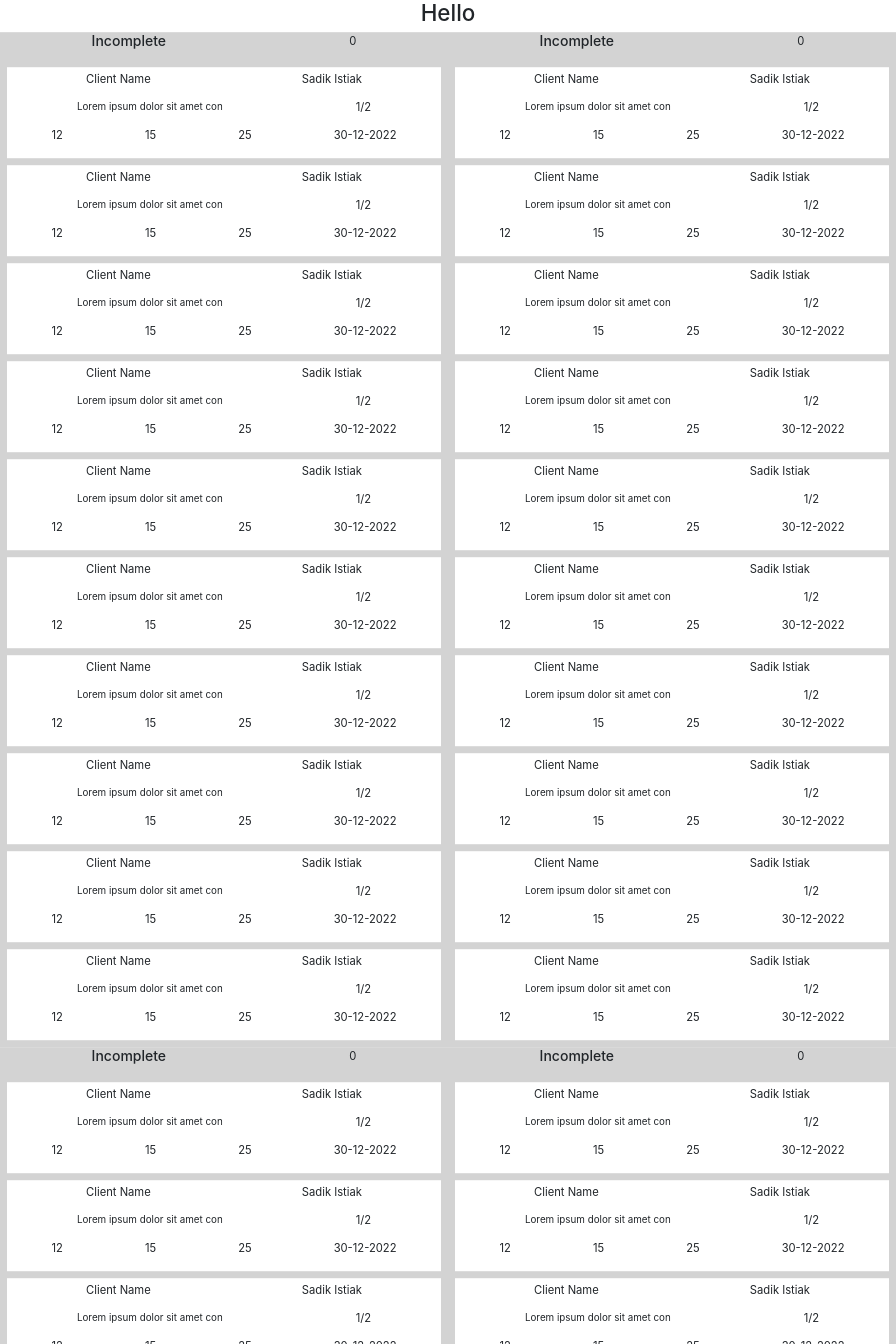
Repository: Sharif-00112/dashboard-task-frontend
Page: /
The author's editor kept a copy of each file at every save. The page is drawn from the files as they stood at one save, then again after the next save.
The browser window is 1280 px wide. The pictures show the part of the page from y = 0 to 1920 px (the page is 4396 px tall before and 8746 px after), at 70% of full size.
The project was rebuilt for these pictures with package versions that can differ from the ones it lists, and the page was loaded fresh each time.

Above is the page before, as saved 2023-01-27 23:55:12.

After the next save:
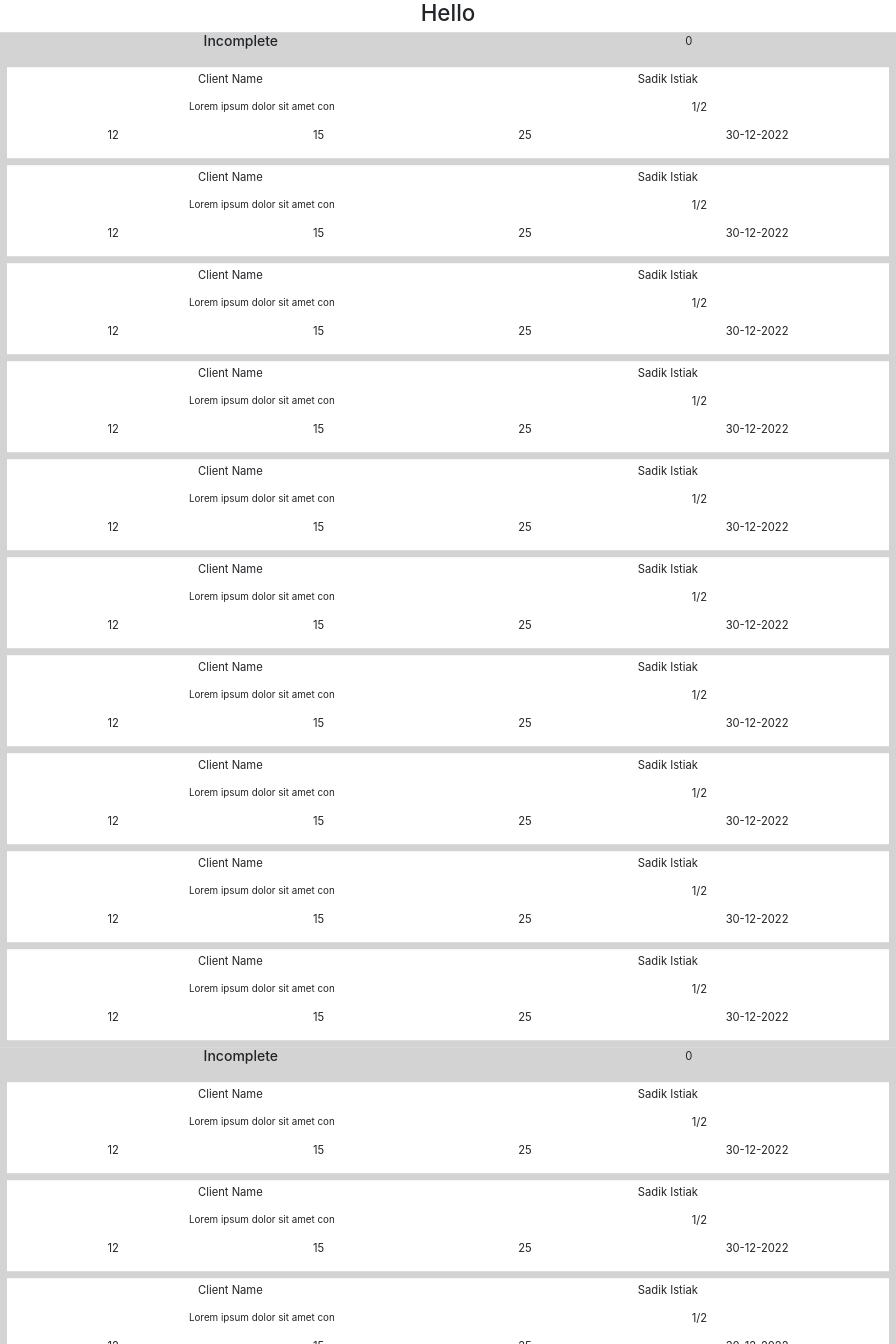
Saved 12 s later.
--- a/src/Components/styles.css
+++ b/src/Components/styles.css
@@ -15,5 +15,5 @@
 
 .dashboard{
     display: grid;
-    grid-template-columns: 1fr 1fr;
+    grid-template-columns: 1fr;
 }

After the save that followed:
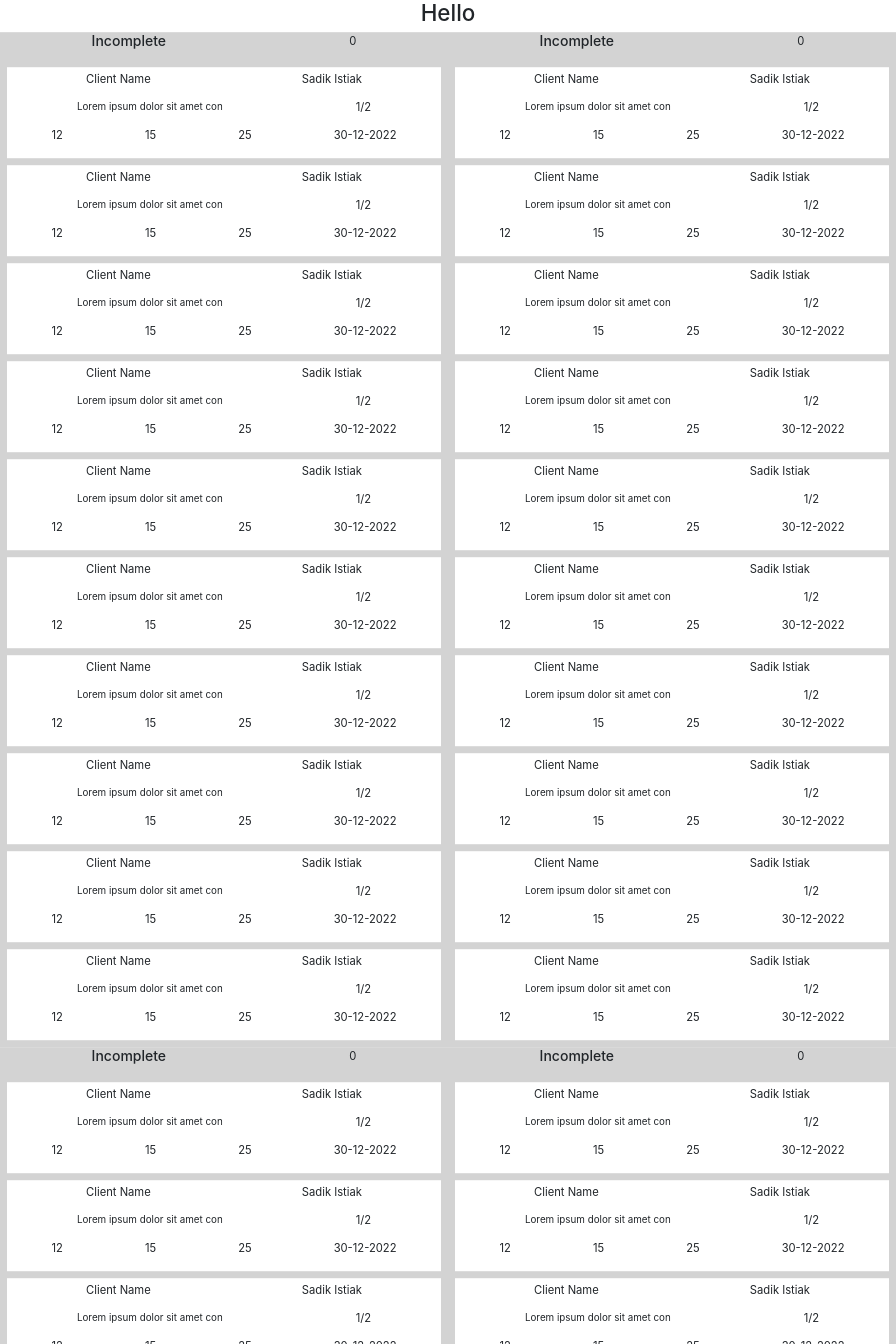
Saved 5 s later.
--- a/src/Components/styles.css
+++ b/src/Components/styles.css
@@ -15,5 +15,5 @@
 
 .dashboard{
     display: grid;
-    grid-template-columns: 1fr;
+    grid-template-columns: 1fr 1fr;
 }
